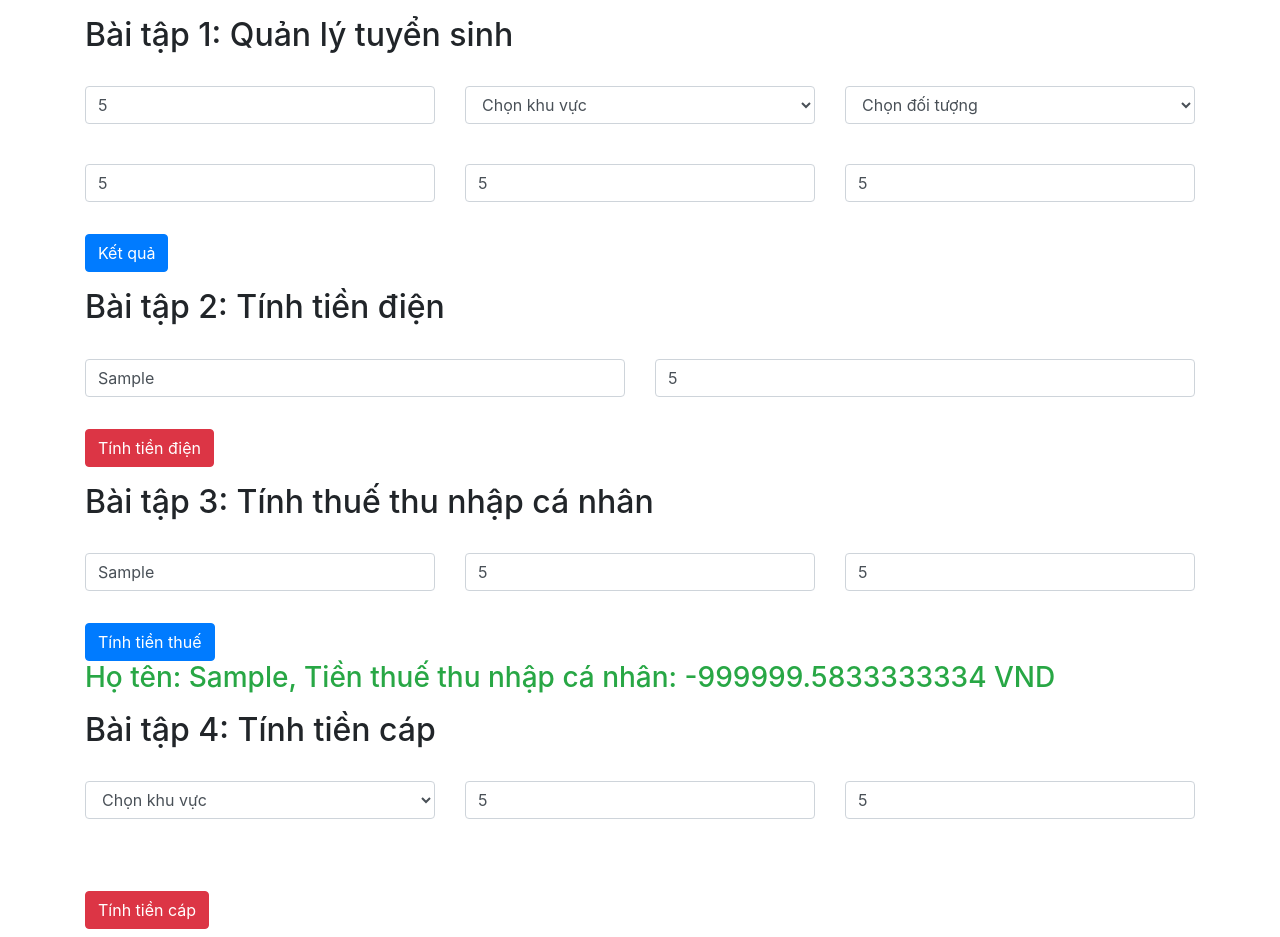
Repository: thanhfrankie/BC10-LeMinhThanh-Js-b5
Page: index.html
These files come from the project's save history. The page is drawn as it stood at one moment and after a run of saves; the edit follows.
The browser window is 1280 px wide. The pictures show the whole page.
Empty fields were first filled with sample values (such as "Sample", 5 or name@example.com).
After loading, the first visible `button[onclick="tinhTienThue()"]` was clicked once.

Above is the page before, as saved 2023-12-24 22:06:40.

After the next 2 saves:
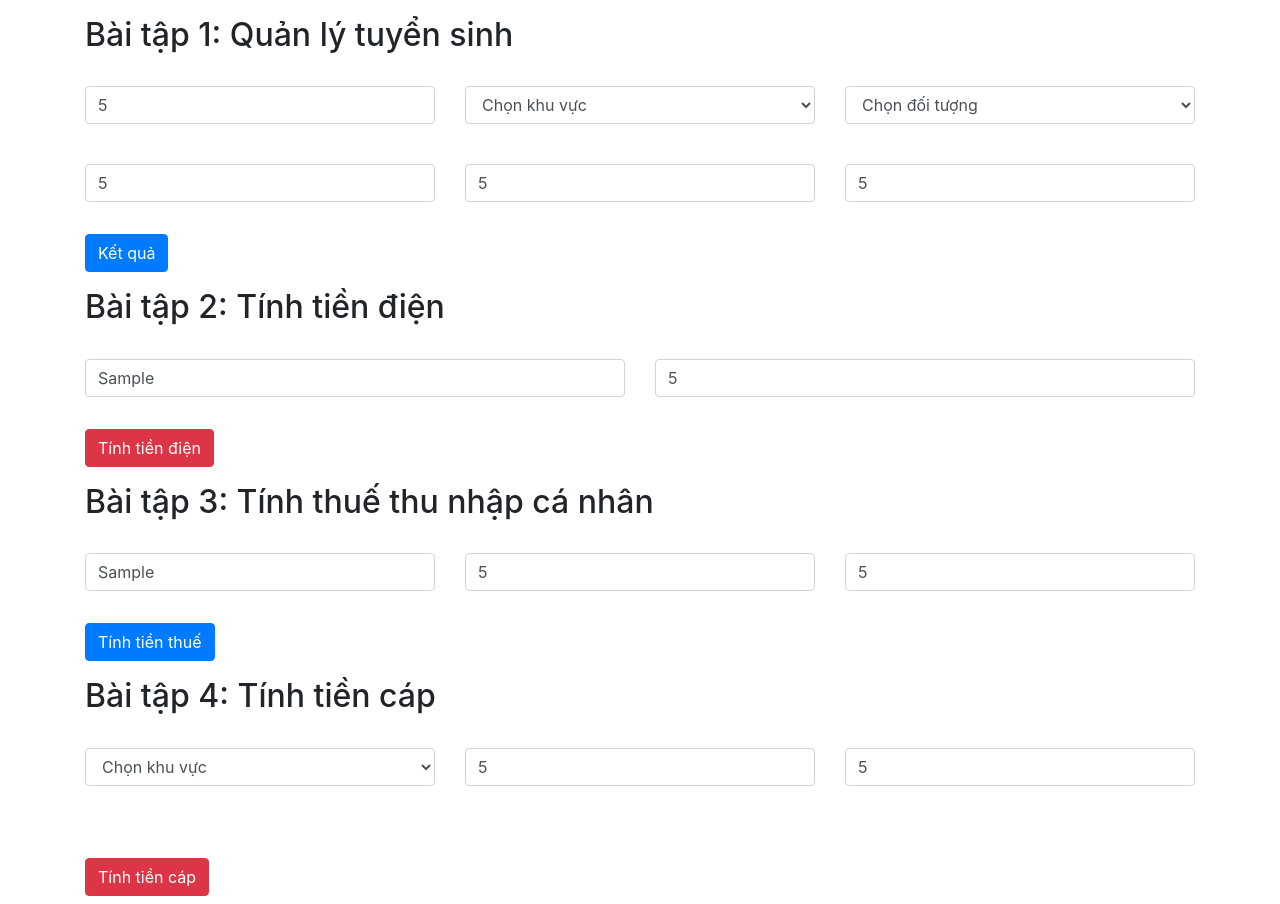
Console error: ReferenceError: thuNhapNamthuNhapNam is not defined
The 2 saves are shown as one change because they came seconds apart.
The last was saved 27 s later.
--- a/index.js
+++ b/index.js
@@ -174,7 +174,7 @@ function tinhTienThue() {
   var soNguoiPhuThuoc = document.getElementById("so-nguoi-phu-thuoc").value * 1
   var thuNhapChiuThue = document.getElementById("tinh-tien-thue")
   var tienThuNhapCaNhan = 0
-  if (thuNhapNam < 60) {
+  if (thuNhapNamthuNhapNam < 60) {
     tienThuNhapCaNhan = (thuNhapNam - 4e+6 - soNguoiPhuThuoc * 1.6e+6)/12
     return thuNhapChiuThue.innerHTML= `Họ tên: ${hoTen}, Tiền thuế thu nhập cá nhân: ${tienThuNhapCaNhan} VND `
   }
